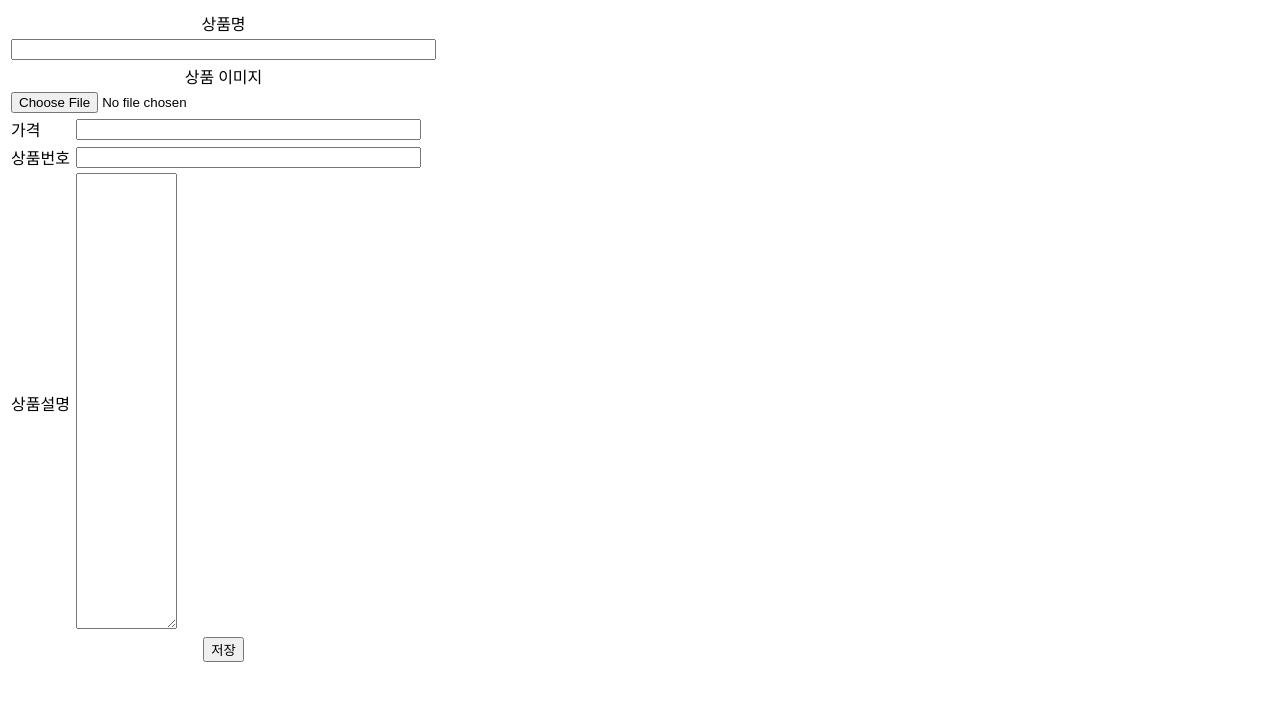
Repository: gunvv00/Java_practice
Page: html_work/html01/WebContent/goods.html
An editor plug-in stored every save of this project. The page is shown before and after the next save, followed by the edit.
The browser window is 1280 px wide. The pictures show the whole page.

Above is the page before, as saved 2020-01-02 07:41:05.

### html_work/html01/WebContent/goods.html
<!DOCTYPE html>
<html>
<head>
<meta charset="UTF-8">
<title>상품등록</title>
</head>
<body>
<form action = "good.jsp" method = "post">
	<TABLE Border = 0 height = 300 width = 300 >
		<tr>
			<td align = "center" colspan = "2">상품명</td>
		</tr>
		<tr>
			<td align = "center" colspan = "2"><input type = "product" name="" value = ""  size = "50"></td>
		</tr>
		<tr>
			<td align = "center" colspan = "2">상품 이미지</td>
		</tr>
		<tr>
			<td colspan = "2"><input type='file' name='file' value ="" /></td>
		</tr>
		<tr>
			<td>가격</td>
			<td><input type = "price" name="" value = "" size = "40" ></td>
		</tr>
		<tr>
			<td>상품번호</td>
			<td><input type = "produtNumber" name="" value = "" size = "40" ></td>
		</tr>
		<tr>
			<td>상품설명</td>
			<td><textarea name = "" rows = "30" cols="10">  </textarea></td>
		</tr>
		<tr align="center">
			<td colspan="2"><input type = "submit" value = "저장"/>	</td>

		</tr>
	</TABLE>




</body>
</html>

After the next save:
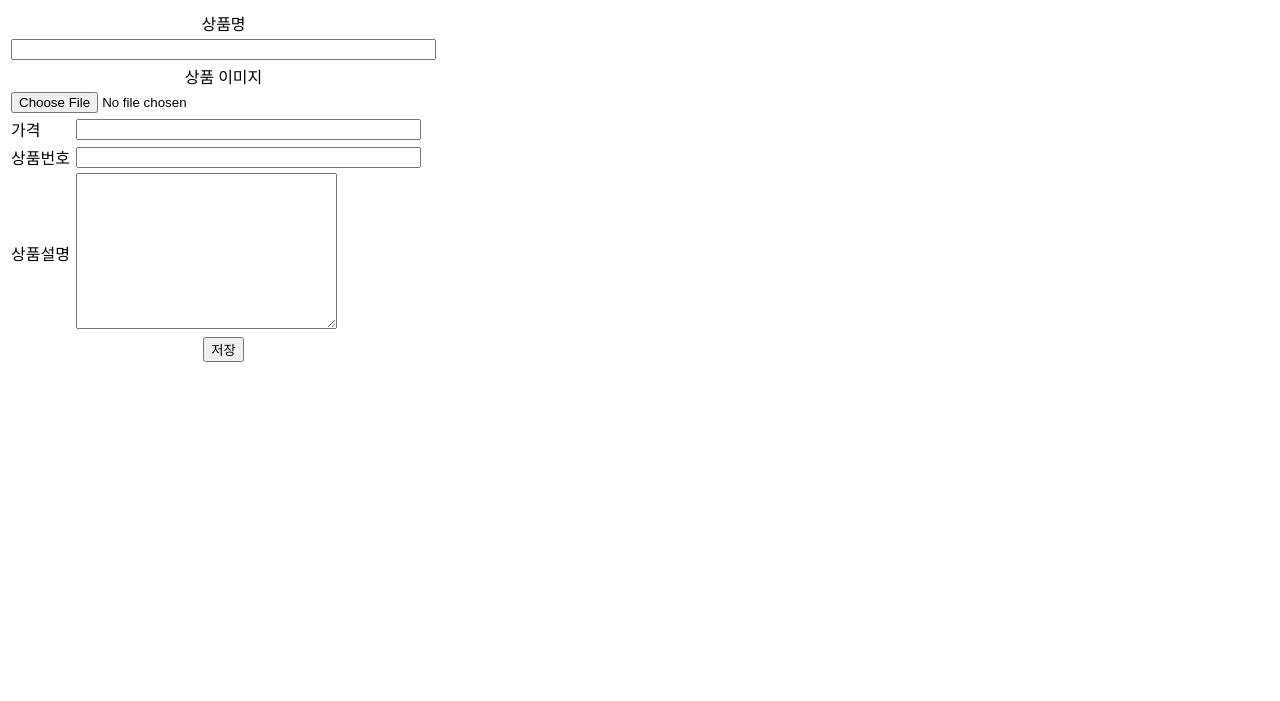
Saved 10 s later.
--- a/html_work/html01/WebContent/goods.html
+++ b/html_work/html01/WebContent/goods.html
@@ -29,7 +29,7 @@
 		</tr>
 		<tr>
 			<td>상품설명</td>
-			<td><textarea name = "" rows = "30" cols="10">  </textarea></td>
+			<td><textarea name = "" rows = "10" cols="30">  </textarea></td>
 		</tr>
 		<tr align="center">
 			<td colspan="2"><input type = "submit" value = "저장"/>	</td>
